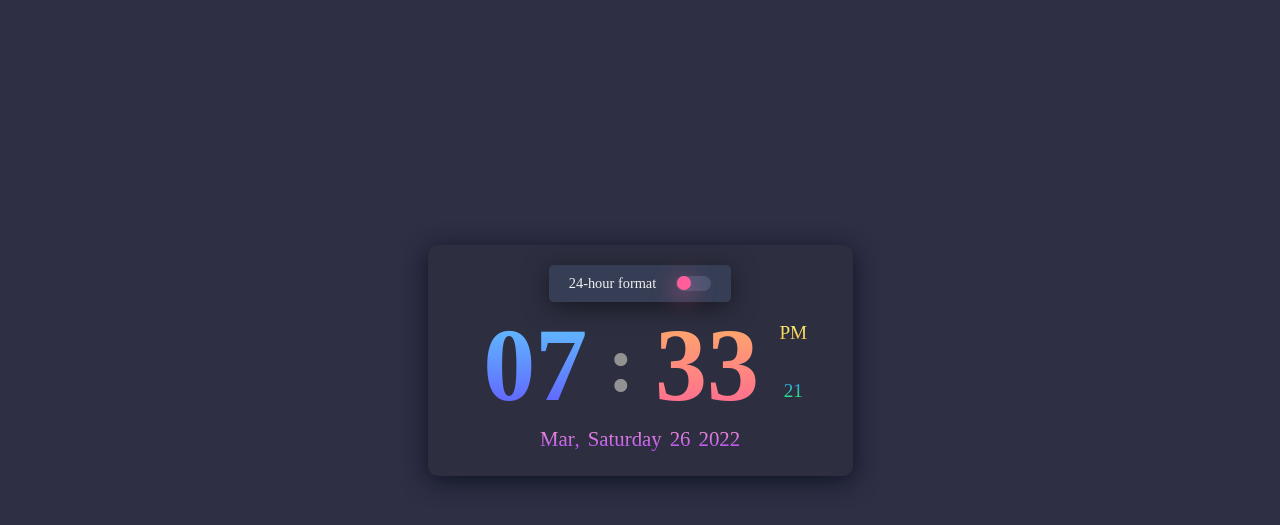
Repository: QUANGTHAI2003/digital-clock
Page: index.html
The author's editor kept a copy of each file at every save. The page is drawn from the files as they stood at one save, then again after the next save.
The browser window is 1280 px wide. The pictures show the whole page.
After loading, the first visible `div.format-switch-btn` was clicked once.
Some icons come from a web library that is not loaded, so they are not drawn.

Above is the page before, as saved 2022-03-26 23:38:34.
Console error: TypeError: year.addEventListener is not a function

After the next save:
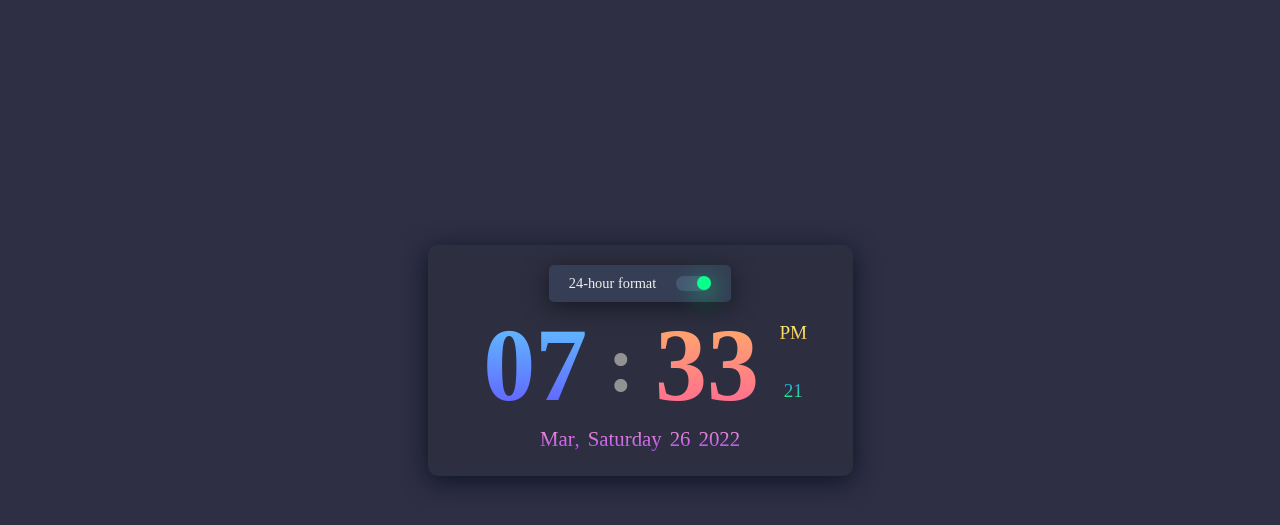
Saved 107 s later.
--- a/style.css
+++ b/style.css
@@ -171,3 +171,9 @@ body {
     box-shadow: 0 5px 25px #ff5e9a;
     transform: translateX(-10px)
 }
+
+.format-switch-btn.active::before {
+    background: #0bff8d;
+    box-shadow: 0 5px 25px #0bff8d;
+    transform: translateX(10px);
+}
